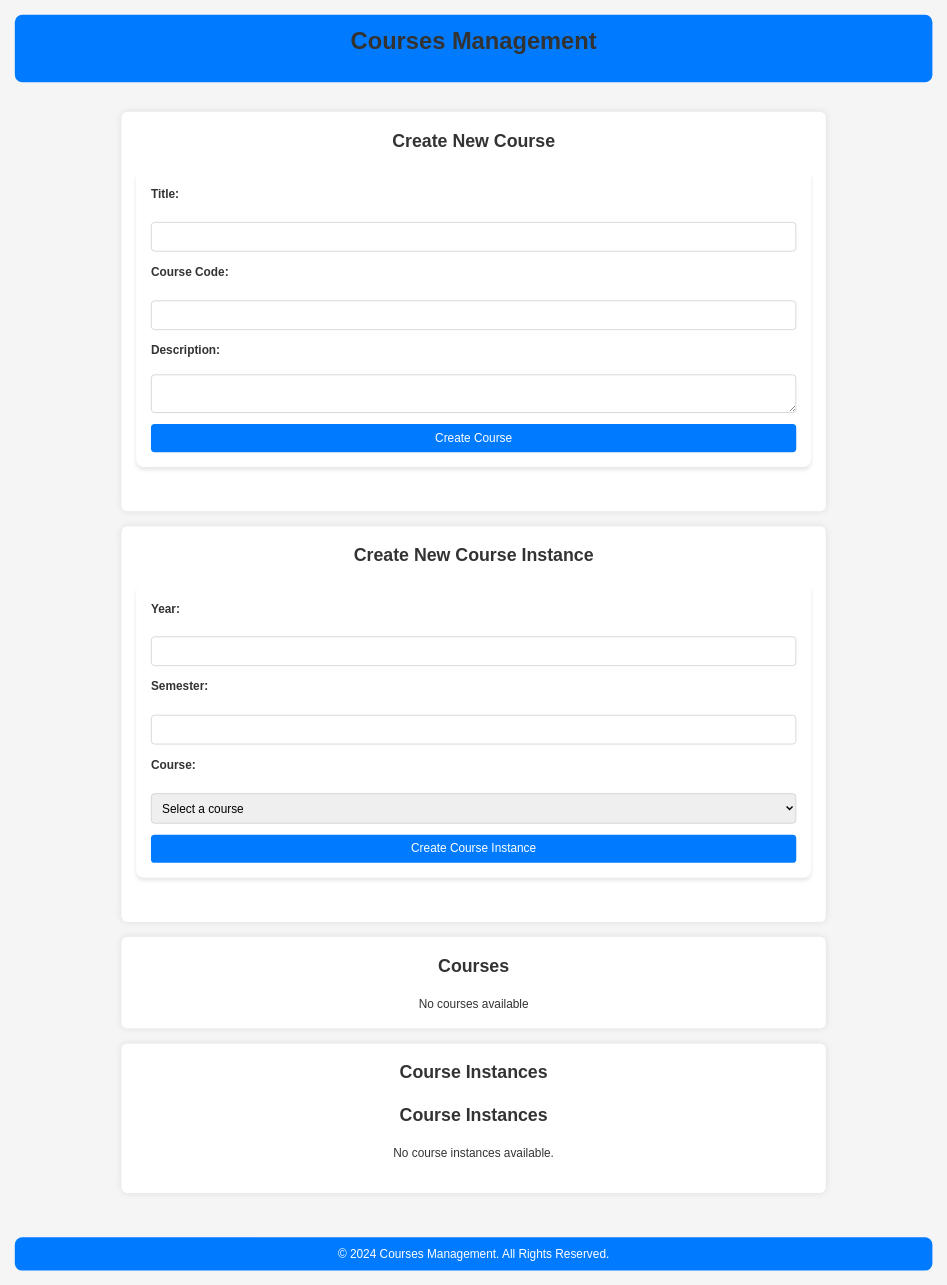
Repository: Rajdeep00-bit/Course_frontend
Page: /
An editor plug-in stored every save of this project. The page is shown before and after the next save, followed by the edit.
The browser window is 1280 px wide. The pictures show the whole page, at 74% of full size.
The page's requests for data from a server got no answer. The project was rebuilt for these pictures with package versions that can differ from the ones it lists, and the page was loaded fresh each time. No one was signed in, and anything a server would have sent is missing. Also part of the build but not shown: src/components/CourseInstanceDetails.js.

Above is the page before, as saved 2024-09-12 12:58:55.

### src/index.js
import React from 'react';
import ReactDOM from 'react-dom/client';
import './index.css';
import App from './App';




const root = ReactDOM.createRoot(document.getElementById('root'));
root.render(
  <React.StrictMode>
    <App />
  </React.StrictMode>
);

### src/index.css
/* Reset some default styles */
* {
  margin: 0;
  padding: 0;
  box-sizing: border-box;
}

body {
  font-family: 'Arial', sans-serif;
  background-color: #f4f4f9;
  color: #333;
  line-height: 1.6;
  padding: 20px;
}

h1, h2, h3, h4, h5, h6 {
  margin-bottom: 20px;
  color: #333;
}

.container {
  max-width: 1200px;
  margin: 0 auto;
  padding: 20px;
}

/* General button styles */
button {
  background-color: #007bff;
  color: white;
  padding: 10px 15px;
  border: none;
  border-radius: 5px;
  cursor: pointer;
  font-size: 16px;
  transition: background-color 0.3s ease;
}

button:hover {
  background-color: #0056b3;
}

/* Form styles */
form {
  background-color: white;
  padding: 20px;
  margin-bottom: 40px;
  border-radius: 10px;
  box-shadow: 0 4px 6px rgba(0, 0, 0, 0.1);
}

form div {
  margin-bottom: 15px;
}

form label {
  display: block;
  margin-bottom: 5px;
  font-weight: bold;
}

form input[type="text"],
form input[type="number"],
form select {
  width: 100%;
  padding: 10px;
  margin-top: 5px;
  border: 1px solid #ccc;
  border-radius: 5px;
  font-size: 16px;
}

/* List styles */
ul {
  list-style: none;
  padding: 0;
}

li {
  background-color: white;
  padding: 15px;
  margin-bottom: 10px;
  border-radius: 10px;
  display: flex;
  justify-content: space-between;
  align-items: center;
  box-shadow: 0 4px 6px rgba(0, 0, 0, 0.1);
}

li button {
  background-color: #dc3545;
}

li button:hover {
  background-color: #c82333;
}

/* Header styles */
header {
  background-color: #007bff;
  color: white;
  padding: 20px;
  text-align: center;
  border-radius: 10px;
  margin-bottom: 40px;
}

/* Course and Course Instance Styles */
.course, .course-instance {
  display: flex;
  justify-content: space-between;
  align-items: center;
  padding: 15px;
  margin-bottom: 10px;
  background-color: white;
  border-radius: 10px;
  box-shadow: 0 4px 6px rgba(0, 0, 0, 0.1);
}

.course-info, .instance-info {
  display: flex;
  flex-direction: column;
}

.course-info h3, .instance-info h3 {
  margin-bottom: 5px;
}

/* Footer */
footer {
  text-align: center;
  padding: 20px;
  margin-top: 40px;
  background-color: #007bff;
  color: white;
  border-radius: 10px;
}

### src/App.css
body {
  margin: 0;
  font-family: Arial, sans-serif;
  background-color: #f5f5f5;
}

.App {
  text-align: center;
}

.header {
  background-color: #007bff;
  color: white;
  padding: 10px 0;
  margin-bottom: 20px;
}

.container {
  width: 80%;
  margin: 0 auto;
}

.section {
  background-color: white;
  padding: 20px;
  margin-bottom: 20px;
  box-shadow: 0px 0px 10px rgba(0, 0, 0, 0.1);
  border-radius: 8px;
}

.form {
  display: flex;
  flex-direction: column;
  gap: 15px;
}

.form label {
  font-weight: bold;
  text-align: left;
}

.form input, .form textarea, .form select {
  padding: 10px;
  border-radius: 5px;
  border: 1px solid #ccc;
}

.form button {
  padding: 10px;
  background-color: #007bff;
  color: white;
  border: none;
  border-radius: 5px;
  cursor: pointer;
}

.form button:hover {
  background-color: #0056b3;
}

ul {
  list-style-type: none;
  padding: 0;
}

ul li {
  background-color: #f9f9f9;
  margin: 10px 0;
  padding: 10px;
  border-radius: 5px;
  box-shadow: 0px 0px 5px rgba(0, 0, 0, 0.1);
}

ul li button {
  margin-left: 10px;
}

.course-details, .instance-details {
  margin-top: 20px;
  text-align: left;
}

.footer {
  background-color: #007bff;
  color: white;
  padding: 10px 0;
  margin-top: 20px;
}
.course-details {
  margin-top: 20px;
  padding: 15px;
  border: 1px solid #ddd;
  background-color: #f9f9f9;
}
.course-details h3 {
  margin-bottom: 10px;
}
.course-instance-list {
  margin: 20px auto;
  width: 80%;
}

table {
  width: 100%;
  border-collapse: collapse;
}

thead {
  background-color: #518cf0;
  color: white;
}

th, td {
  padding: 10px;
  text-align: left;
  border-bottom: 1px solid #ddd;
}

tbody tr:nth-child(even) {
  background-color: #f9f9f9;
}

.action-btn {
  background-color: #ff4d4d;
  color: white;
  padding: 5px 10px;
  border: none;
  border-radius: 5px;
  cursor: pointer;
}

.action-btn:hover {
  background-color: #ff3333;
}

.selected-instance-details {
  margin-top: 20px;
  background-color: #f0f8ff;
  padding: 15px;
  border-radius: 5px;
}

### src/components/CourseForm.js
import React, { useState } from 'react';

function CourseForm({ onCourseCreated }) {
  const [title, setTitle] = useState('');
  const [courseCode, setCourseCode] = useState('');
  const [description, setDescription] = useState('');

  const handleSubmit = (event) => {
    event.preventDefault();

    const course = {
      title: title,
      course_code: courseCode,
      description: description,
    };

    fetch('http://127.0.0.1:8000/api/courses/', {
      method: 'POST',
      headers: {
        'Content-Type': 'application/json',
      },
      body: JSON.stringify(course),
    })
      .then((response) => {
        if (!response.ok) {
          throw new Error(`Error: ${response.status} ${response.statusText}`);
        }
        return response.json();
      })
      .then((data) => {
        // Clear form fields
        setTitle('');
        setCourseCode('');
        setDescription('');

        // Call the onCourseCreated prop to fetch the updated course list
        if (onCourseCreated) {
          onCourseCreated();
        }
      })
      .catch((error) => {
        console.error('Error creating course:', error);
      });
  };

  return (
    <form className="form" onSubmit={handleSubmit}>
      <label>Title:</label>
      <input
        type="text"
        value={title}
        onChange={(e) => setTitle(e.target.value)}
        required
      />

      <label>Course Code:</label>
      <input
        type="text"
        value={courseCode}
        onChange={(e) => setCourseCode(e.target.value)}
        required
      />

      <label>Description:</label>
      <textarea
        value={description}
        onChange={(e) => setDescription(e.target.value)}
        required
      />

      <button type="submit">Create Course</button>
    </form>
  );
}

export default CourseForm;

### src/components/CourseInstanceForm.js
import React, { useState, useEffect } from 'react';

function CourseInstanceForm({ onInstanceCreated, year, semester, setYear, setSemester, fetchNewCourse, setFetchNewCourse }) {
  const [courseId, setCourseId] = useState('');
  const [courses, setCourses] = useState([]);

  // Fetch courses
  useEffect(() => {
    fetch('http://127.0.0.1:8000/api/courses/')
      .then((response) => response.json())
      .then((data) => setCourses(data))
      .catch((error) => console.error('Error fetching courses:', error));
  }, [fetchNewCourse]);

  const handleSubmit = (event) => {
    event.preventDefault();

    const courseInstance = {
      course: courseId,
      year: year,
      semester: semester
    };

    fetch('http://127.0.0.1:8000/api/instances/', {
      method: 'POST',
      headers: {
        'Content-Type': 'application/json'
      },
      body: JSON.stringify(courseInstance)
    })
      .then(response => response.json())
      .then((newInstance) => {
        // Clear the form fields
        setCourseId('');
        setYear('');
        setSemester('');

        // Call the callback to update the parent component
        onInstanceCreated(newInstance);  // Pass the created instance to the parent
      })
      .catch(error => console.error('Error creating course instance:', error));
  };

  return (
    <form className="form" onSubmit={handleSubmit}>
      <label>Year:</label>
      <input
        type="text"
        value={year}
        onChange={(e) => setYear(e.target.value)}
        required
      />

      <label>Semester:</label>
      <input
        type="text"
        value={semester}
        onChange={(e) => setSemester(e.target.value)}
        required
      />

      <label>Course:</label>
      <select value={courseId} onChange={(e) => setCourseId(e.target.value)} required>
        <option value="">Select a course</option>
        {courses.map((course) => (
          <option key={course.id} value={course.id}>{course.title}</option>
        ))}
      </select>

      <button type="submit">Create Course Instance</button>
    </form>
  );
}

export default CourseInstanceForm;

### src/components/CourseInstanceList.js
import React, { useEffect, useState } from 'react';

function CourseInstanceList({ courses }) {
  const [instances, setInstances] = useState([]); // Store all course instances
  const [selectedInstance, setSelectedInstance] = useState(null); // Manage selected instance state

  // Fetch all instances when the component mounts
  const fetchInstances = () => {
    fetch('http://127.0.0.1:8000/api/instances/')
      .then((response) => {
        if (!response.ok) {
          throw new Error(`Failed to fetch course instances: ${response.status}`);
        }
        return response.json();
      })
      .then((data) => {
        setInstances(data); // Store all fetched instances
        console.log('Fetched instances:', data);
      })
      .catch((error) => {
        console.error('Error fetching course instances:', error);
        alert('Failed to fetch course instances.');
      });
  };

  // Fetch instance details using the GET endpoint
  const fetchInstanceDetails = (id, year, semester) => {
    const apiUrl = `http://127.0.0.1:8000/api/instances/${year}/${semester}/${id}/`;
    console.log('Fetching details from:', apiUrl);

    fetch(apiUrl)
      .then((response) => {
        if (!response.ok) {
          throw new Error(`Failed to fetch instance details: ${response.status}`);
        }
        return response.json();
      })
      .then((data) => {
        console.log('Fetched instance details:', data);
        setSelectedInstance(data); // Store fetched instance details
      })
      .catch((error) => {
        console.error('Error fetching instance details:', error);
        alert('Failed to fetch instance details.');
      });
  };

  // Delete instance using the DELETE endpoint
  const handleDeleteInstance = (id, year, semester) => {
    const deleteUrl = `http://127.0.0.1:8000/api/instances/${year}/${semester}/${id}/`;

    if (!window.confirm('Are you sure you want to delete this instance?')) {
      return;
    }

    fetch(deleteUrl, {
      method: 'DELETE',
    })
      .then((response) => {
        if (!response.ok) {
          throw new Error(`Failed to delete instance: ${response.status}`);
        }
        console.log('Instance deleted successfully.');
        // Fetch the updated list after deletion
        fetchInstances(); // Fetch the updated list
      })
      .catch((error) => {
        console.error('Error deleting instance:', error);
        alert('Failed to delete instance.');
      });
  };

  // Find the course title and code for each instance
  const getCourseDetails = (courseId) => {
    const course = courses.find((c) => c.id === courseId);
    return course ? { title: course.title, code: course.code } : { title: 'Unknown Course', code: 'N/A' };
  };

  // Close the details section
  const closeInstanceDetails = () => {
    setSelectedInstance(null);
  };

  // Use effect to fetch course instances on component mount
  useEffect(() => {
    fetchInstances(); // Fetch course instances when the component mounts
  }, []);

  return (
    <div className="course-instance-list">
      <h2>Course Instances</h2>
      {instances.length === 0 ? (
        <p>No course instances available.</p>
      ) : (
        <table>
          <thead>
            <tr>
              <th>Course Title</th>
              <th>Year-Semester</th>
              <th>Code</th>
              <th>Actions</th>
            </tr>
          </thead>
          <tbody>
            {instances.map((instance) => {
              const { title, code } = getCourseDetails(instance.course);
              return (
                <tr key={instance.id}>
                  <td>{title}</td>
                  <td>{`${instance.year}-${instance.semester}`}</td>
                  <td>{code}</td>
                  <td>
                    <button
                      onClick={() => fetchInstanceDetails(instance.id, instance.year, instance.semester)}
                    >
                      View Details
                    </button>
                    <button
                      onClick={() => handleDeleteInstance(instance.id, instance.year, instance.semester)}
                    >
                      Delete
                    </button>
                  </td>
                </tr>
              );
            })}
          </tbody>
        </table>
      )}

      {/* Display selected instance details */}
      {selectedInstance && (
        <div className="selected-instance-details">
          <h2>Course Instance Details</h2>
          <p><strong>Title:</strong> {getCourseDetails(selectedInstance.course).title}</p>
          <p><strong>Year:</strong> {selectedInstance.year}</p>
          <p><strong>Semester:</strong> {selectedInstance.semester}</p>
          <p><strong>Code:</strong> {getCourseDetails(selectedInstance.course).code}</p>
          <button onClick={closeInstanceDetails}>Close</button>
        </div>
      )}
    </div>
  );
}

export default CourseInstanceList;

Loaded but not shown: src/components/CourseList.js (230 lines, source omitted); src/App.js (195 lines, source omitted)

After the next save:
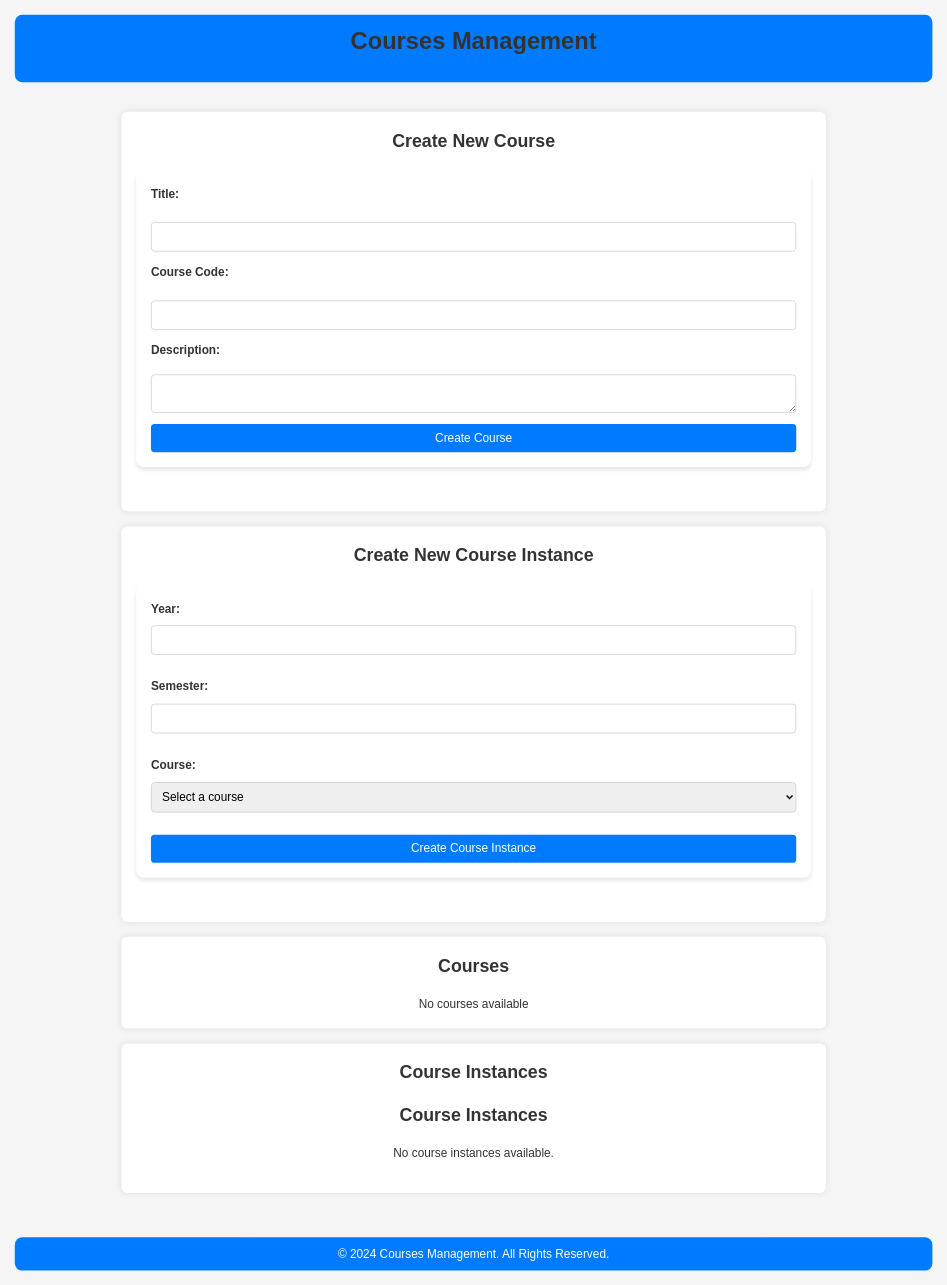
Saved 4 min 37 s later.
--- a/src/components/CourseInstanceForm.js
+++ b/src/components/CourseInstanceForm.js
@@ -1,16 +1,27 @@
 import React, { useState, useEffect } from 'react';
 
-function CourseInstanceForm({ onInstanceCreated, year, semester, setYear, setSemester, fetchNewCourse, setFetchNewCourse }) {
+function CourseInstanceForm({
+  onInstanceCreated,
+  year,
+  semester,
+  setYear,
+  setSemester,
+  fetchNewCourse,
+  setFetchNewCourse,
+  courses: propCourses, // Courses passed as props
+}) {
   const [courseId, setCourseId] = useState('');
-  const [courses, setCourses] = useState([]);
+  const [courses, setCourses] = useState(propCourses || []); // Use passed courses or fetch them
 
-  // Fetch courses
+  // Fetch courses if not passed as props or when triggered by fetchNewCourse state
   useEffect(() => {
-    fetch('http://127.0.0.1:8000/api/courses/')
-      .then((response) => response.json())
-      .then((data) => setCourses(data))
-      .catch((error) => console.error('Error fetching courses:', error));
-  }, [fetchNewCourse]);
+    if (!propCourses) {
+      fetch('http://127.0.0.1:8000/api/courses/')
+        .then((response) => response.json())
+        .then((data) => setCourses(data))
+        .catch((error) => console.error('Error fetching courses:', error));
+    }
+  }, [fetchNewCourse, propCourses]);
 
   const handleSubmit = (event) => {
     event.preventDefault();
@@ -18,17 +29,23 @@ function CourseInstanceForm({ onInstanceCreated, year, semester, setYear, setSem
     const courseInstance = {
       course: courseId,
       year: year,
-      semester: semester
+      semester: semester,
     };
 
+    // Send POST request to create a new course instance
     fetch('http://127.0.0.1:8000/api/instances/', {
       method: 'POST',
       headers: {
-        'Content-Type': 'application/json'
+        'Content-Type': 'application/json',
       },
-      body: JSON.stringify(courseInstance)
+      body: JSON.stringify(courseInstance),
     })
-      .then(response => response.json())
+      .then((response) => {
+        if (!response.ok) {
+          throw new Error('Failed to create course instance');
+        }
+        return response.json();
+      })
       .then((newInstance) => {
         // Clear the form fields
         setCourseId('');
@@ -36,36 +53,47 @@ function CourseInstanceForm({ onInstanceCreated, year, semester, setYear, setSem
         setSemester('');
 
         // Call the callback to update the parent component
-        onInstanceCreated(newInstance);  // Pass the created instance to the parent
+        onInstanceCreated(newInstance);
+
+        // Optionally trigger a course refetch if needed
+        setFetchNewCourse(!fetchNewCourse);
       })
-      .catch(error => console.error('Error creating course instance:', error));
+      .catch((error) => console.error('Error creating course instance:', error));
   };
 
   return (
     <form className="form" onSubmit={handleSubmit}>
-      <label>Year:</label>
-      <input
-        type="text"
-        value={year}
-        onChange={(e) => setYear(e.target.value)}
-        required
-      />
+      <div>
+        <label>Year:</label>
+        <input
+          type="text"
+          value={year}
+          onChange={(e) => setYear(e.target.value)}
+          required
+        />
+      </div>
 
-      <label>Semester:</label>
-      <input
-        type="text"
-        value={semester}
-        onChange={(e) => setSemester(e.target.value)}
-        required
-      />
+      <div>
+        <label>Semester:</label>
+        <input
+          type="text"
+          value={semester}
+          onChange={(e) => setSemester(e.target.value)}
+          required
+        />
+      </div>
 
-      <label>Course:</label>
-      <select value={courseId} onChange={(e) => setCourseId(e.target.value)} required>
-        <option value="">Select a course</option>
-        {courses.map((course) => (
-          <option key={course.id} value={course.id}>{course.title}</option>
-        ))}
-      </select>
+      <div>
+        <label>Course:</label>
+        <select value={courseId} onChange={(e) => setCourseId(e.target.value)} required>
+          <option value="">Select a course</option>
+          {courses.map((course) => (
+            <option key={course.id} value={course.id}>
+              {course.title}
+            </option>
+          ))}
+        </select>
+      </div>
 
       <button type="submit">Create Course Instance</button>
     </form>
